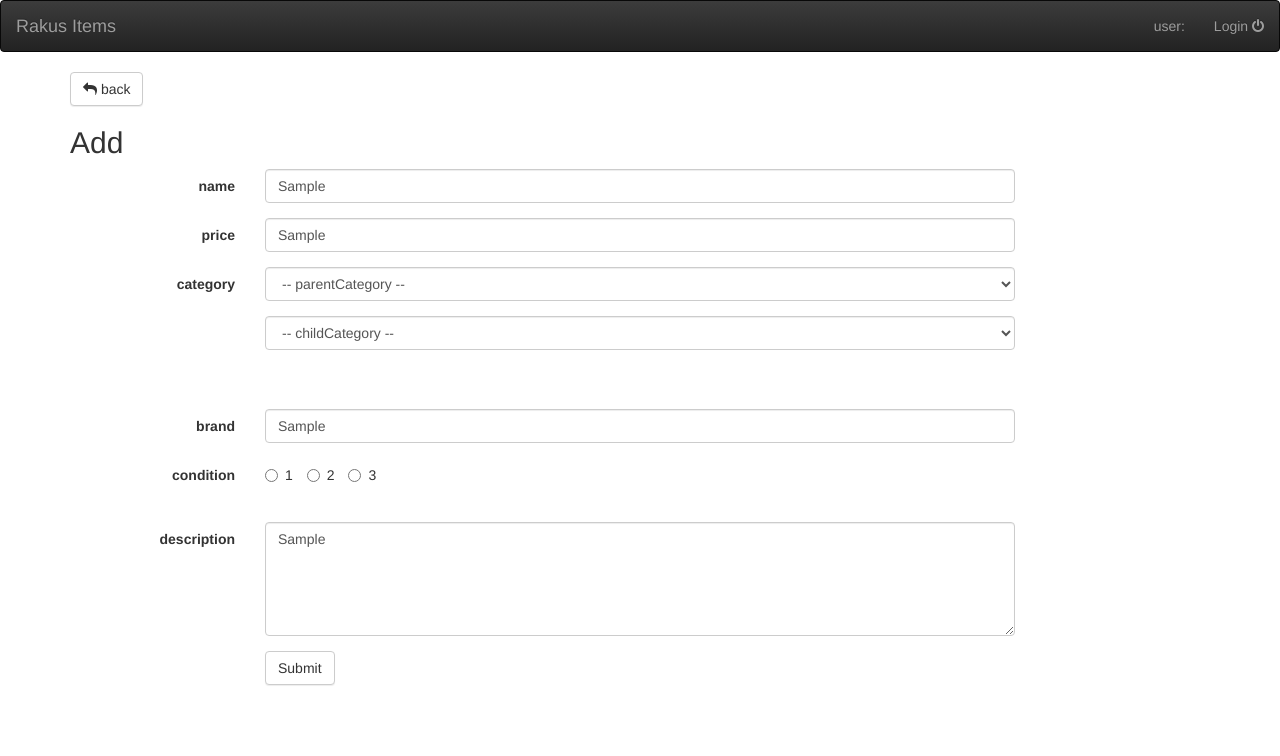
Repository: saia-i/massivedata-issue
Page: http://localhost/add
The author's editor kept a copy of each file at every save. The page is drawn from the files as they stood at one save, then again after the next save.
The browser window is 1280 px wide. The pictures show the whole page.
Empty fields were first filled with sample values (such as "Sample", 5 or name@example.com).
After loading, the first visible `#bigId` was changed once.
The page is this project's Thymeleaf template; nobody is signed in. The template is opened directly, without the code that normally fills it, so the values that code supplies are empty.

Above is the page before, as saved 2023-01-19 01:10:47.
Console error: TypeError: Cannot read properties of undefined (reading 'toLowerCase')

After the next save:
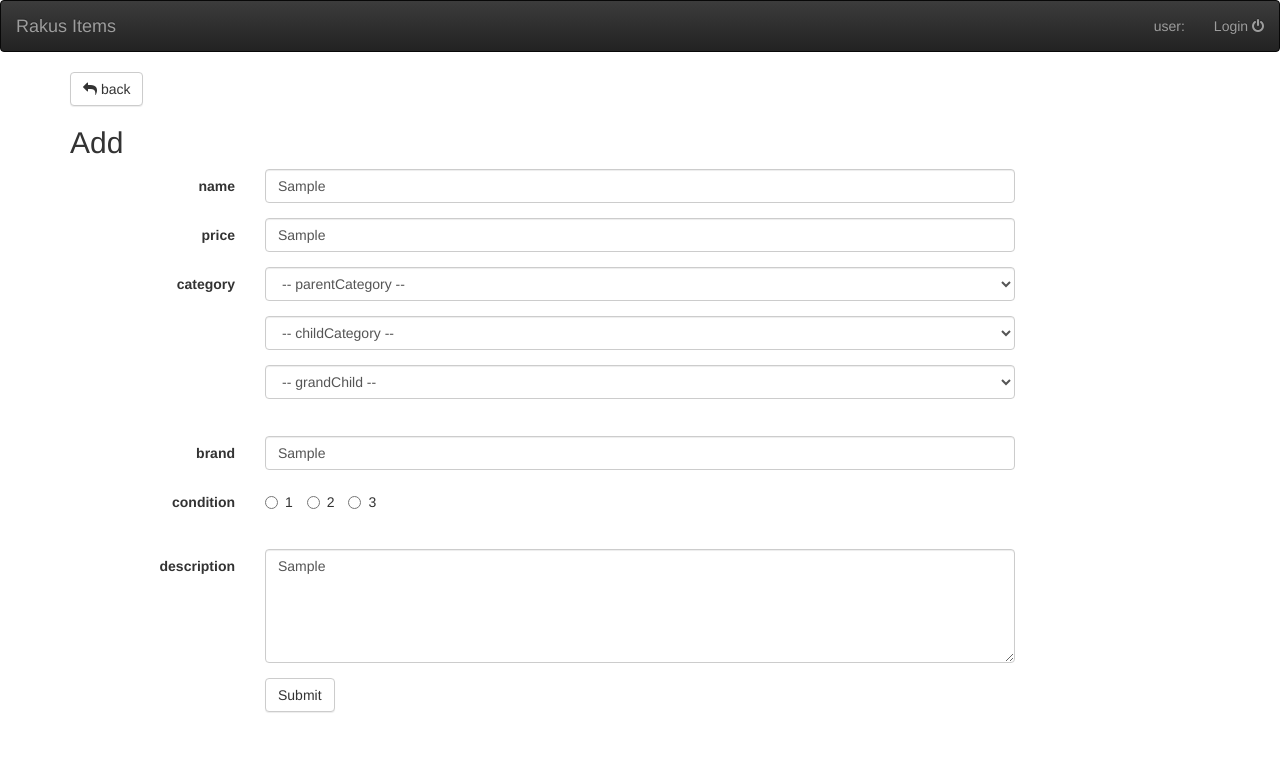
Saved 10 min 45 s later.
--- a/mercari/src/main/resources/static/js/select_category.js
+++ b/mercari/src/main/resources/static/js/select_category.js
@@ -2,12 +2,9 @@
  *
  */
 "use strict";
-$("#middleId").show();
-$("#category").show();
 
 $('#bigId').change(function() {
-	$("#middleId").show();
-	$("#category").hide();
+	$("#category").html("<option value=\"0\" selected>-- grandChild --</option>");
 	let token = $("meta[name='_csrf']").attr("content");
 	let header = $("meta[name='_csrf_header']").attr("content");
 	$(document).ajaxSend(function(e, xhr, options) {
